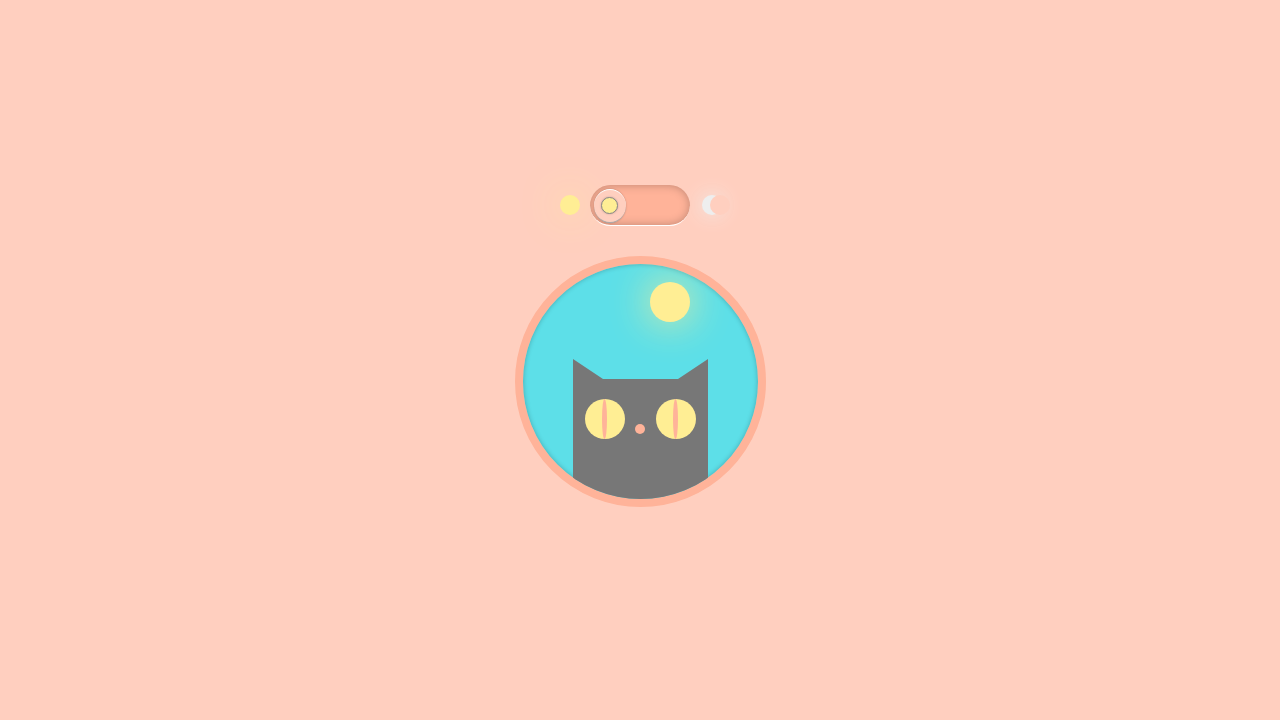
Repository: KHANas02/cat_1
Page: index.html
An editor plug-in stored every save of this project. The page is shown before and after the next save, followed by the edit.
The browser window is 1280 px wide. The pictures show the whole page.

Above is the page before, as saved 2024-03-31 06:44:31.

After the next save:
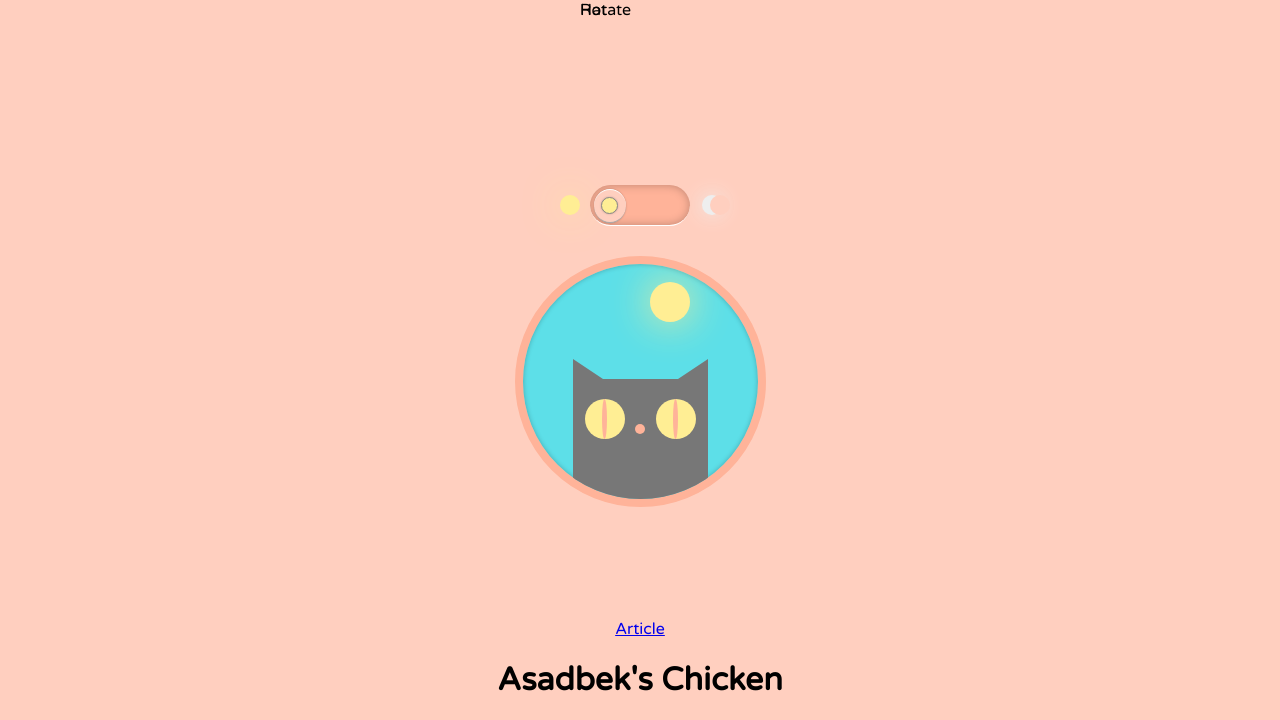
Saved 4 s later.
--- a/index.html
+++ b/index.html
@@ -85,6 +85,150 @@
 
 
 <!--  -->
+<input type="checkbox" id="rotate" name="rotate" />
+<input type="checkbox" id="poke" name="poke" />
+<input type="checkbox" id="hat" name="hat" />
+<label id="poke-label" for="poke"></label>
+<div id="controls">
+  <div><label id="rotate-label" for="rotate">Rotate</label></div>
+  <div><label id="hat-label" for="hat">Hat</label></div>
+  <div><a target="_blank" id="link" href="https://fjolt.com/article/css-minecraft-chicken">Article</a></div>
+</div>
+<div id="chicken">
+    <h1> Asadbek's Chicken</h1>
+    <div class="c2">
+      <div class="cube body">
+        <div class="front"></div>
+        <div class="bottom"></div>
+        <div class="left"></div>
+        <div class="right"></div>
+      </div>
+    </div>
+    <div class="c3">
+      <div class="cube head">
+        <div class="front"></div>
+        <div class="bottom"></div>
+        <div class="left"></div>
+        <div class="right"></div>
+      </div>
+    </div>
+    <div class="c4 quack">
+      <div class="cube beak top-beak">
+        <div class="front"></div>
+        <div class="bottom"></div>
+        <div class="left"></div>
+        <div class="right"></div>
+      </div>
+    </div>
+    <div class="c4 quack-anti">
+      <div class="cube beak bottom-beak">
+        <div class="front"></div>
+        <div class="bottom"></div>
+        <div class="left"></div>
+        <div class="right"></div>
+      </div>
+    </div>
+    <div class="c5">
+      <div class="cube comb">
+        <div class="front"></div>
+        <div class="bottom"></div>
+        <div class="left"></div>
+        <div class="right"></div>
+      </div>
+    </div>
+    <div class="c6">
+      <div class="cube eye">
+        <div class="front"></div>
+        <div class="bottom"></div>
+        <div class="left"></div>
+        <div class="right"></div>
+      </div>
+    </div>
+    <div class="c7">
+      <div class="cube eye">
+        <div class="front"></div>
+        <div class="bottom"></div>
+        <div class="left"></div>
+        <div class="right"></div>
+      </div>
+    </div>
+    <div class="c8">
+      <div class="cube leg">
+        <div class="front"></div>
+        <div class="bottom"></div>
+        <div class="left"></div>
+        <div class="right"></div>
+      </div>
+    </div>
+    <div class="c9">
+      <div class="cube leg">
+        <div class="front"></div>
+        <div class="bottom"></div>
+        <div class="left"></div>
+        <div class="right"></div>
+      </div>
+    </div>
+    <div class="c10">
+      <div class="cube foot">
+        <div class="front"></div>
+        <div class="bottom"></div>
+        <div class="left"></div>
+        <div class="right"></div>
+      </div>
+    </div>
+    <div class="c11">
+      <div class="cube foot">
+        <div class="front"></div>
+        <div class="bottom"></div>
+        <div class="left"></div>
+        <div class="right"></div>
+      </div>
+    </div>
+    <div class="c12 anti-flutter">
+      <div class="cube wing">
+        <div class="front"></div>
+        <div class="bottom"></div>
+        <div class="left"></div>
+        <div class="right"></div>
+      </div>
+    </div>
+    <div class="c13 flutter">
+      <div class="cube wing">
+        <div class="front"></div>
+        <div class="bottom"></div>
+        <div class="left"></div>
+        <div class="right"></div>
+      </div>
+    </div>
+    <div class="c14">
+      <div class="cube hat-rim">
+        <div class="front"></div>
+        <div class="bottom"></div>
+        <div class="left"></div>
+        <div class="right"></div>
+      </div>
+    </div>
+    <div class="c15">
+      <div class="cube hat-banner">
+        <div class="front"></div>
+        <div class="bottom"></div>
+        <div class="left"></div>
+        <div class="right"></div>
+      </div>
+    </div>
+    <div class="c16">
+      <div class="cube hat-top">
+        <div class="front"></div>
+        <div class="bottom"></div>
+        <div class="left"></div>
+        <div class="right"></div>
+      </div>
+    </div>
+</div>
+<div id="shadow"></div>
+<link rel="preconnect" href="https://fonts.googleapis.com">
+<link rel="preconnect" href="https://fonts.gstatic.com" crossorigin>
+<link href="https://fonts.googleapis.com/css2?family=Silkscreen:wght@400;700&display=swap" rel="stylesheet">
 
 
 
